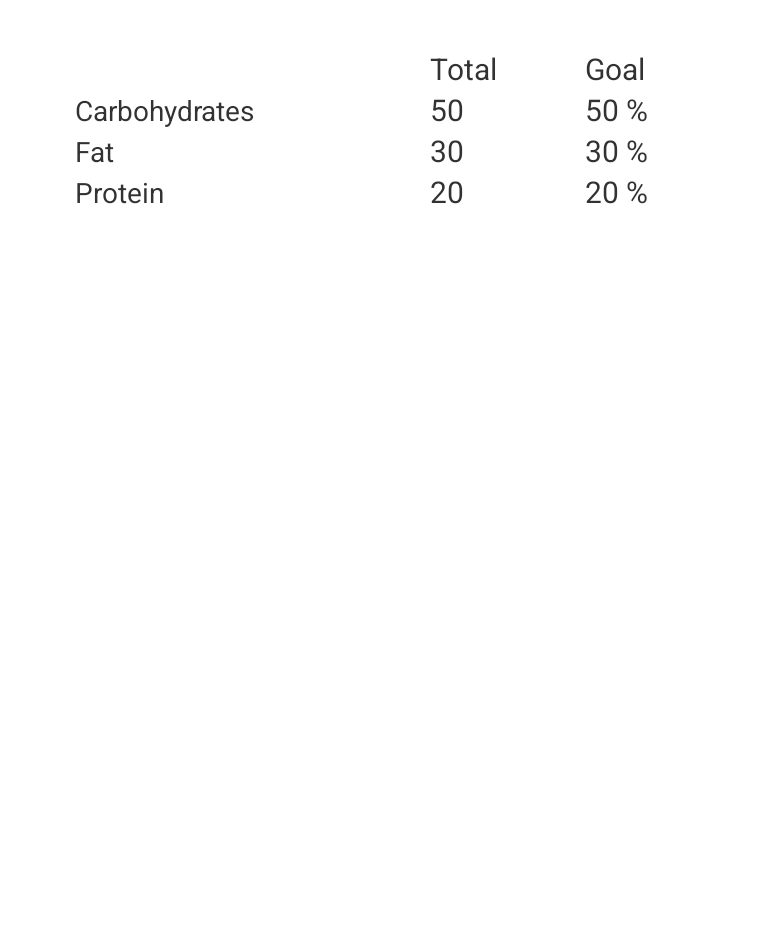
Repository: JieD/nutriy
Layout: NutriY/res/layout/fragment_nutrition_chart.xml
These files come from the project's save history. The layout is drawn as it stood at one moment and after the next save; the edit follows.
The pictures show rows 336 to 1280 of an output 1280 px tall.
It is drawn on a 768 x 1280 px phone screen (xhdpi) without system bars, with theme AppTheme; the app's code is not run.

Above is the layout before, as saved 2014-05-11 04:52:27.

### NutriY/res/layout/fragment_nutrition_chart.xml
<?xml version="1.0" encoding="utf-8"?>
<RelativeLayout xmlns:android="http://schemas.android.com/apk/res/android"
    xmlns:piechart="http://schemas.android.com/apk/res/sfsu.csc780.jied.nutriy"
    android:layout_width="match_parent"
    android:layout_height="match_parent" >

	 <sfsu.csc780.jied.nutriy.PieChart
	     android:id="@+id/piechart"
	     android:layout_width="match_parent"
	     android:layout_height="160dp"
	     android:layout_centerHorizontal="true"
	     android:layout_marginLeft="@dimen/small_horizontal_margin"
         android:layout_marginRight="@dimen/small_horizontal_margin"
         android:layout_marginTop="@dimen/small_vertical_margin"
         android:layout_marginBottom="@dimen/small_vertical_margin"
         android:paddingTop="@dimen/medium_padding"
         android:paddingBottom="@dimen/medium_padding"

	     piechart:showChart="true"
	     piechart:textColor="@color/white"
	     piechart:emptyPieColor="@color/empty_pie_blue"
	     piechart:carbSliceColor="@color/pie_blue"
	     piechart:fatSliceColor="@color/pie_red"
	     piechart:proteinSliceColor="@color/pie_green"
	     piechart:carbPercentage="50"
	     piechart:fatPercentage="30"
	     piechart:proteinPercentage="20"
	     />

	 <TableLayout
	     android:id="@+id/piechart_table"
	     android:layout_below="@id/piechart"
	     android:layout_width="match_parent" android:layout_height="wrap_content"
	     android:layout_marginLeft="@dimen/activity_horizontal_margin"
         android:layout_marginRight="@dimen/activity_horizontal_margin"
         android:layout_marginTop="@dimen/activity_vertical_margin"
         android:layout_marginBottom="@dimen/activity_vertical_margin">

	     <TableRow>
	         <TextView
                 android:layout_weight="1" />
             <TextView
                 android:layout_weight="4" />
             <TextView
                 android:layout_weight="2"
                 android:text="@string/total"
                 android:textSize="@dimen/medium_text_size" />
             <TextView
                 android:layout_weight="2"
                 android:text="@string/goal"
                 android:textSize="@dimen/medium_text_size" />
	     </TableRow>

	     <TableRow>
	         <TextView
                 android:layout_weight="1" />
             <TextView
                 android:layout_weight="4"
                 android:text="@string/Carbohydrates" />
             <TextView
                 android:layout_weight="2"
                 android:text="50"
                 android:textSize="@dimen/medium_text_size" />
             <TextView
                 android:layout_weight="2"
                 android:text="@string/carbs_goal"
                 android:textSize="@dimen/medium_text_size" />
	     </TableRow>

	     <TableRow>
	         <TextView
                 android:layout_weight="1" />
             <TextView
                 android:layout_weight="4"
                 android:text="@string/Fat" />
             <TextView
                 android:layout_weight="2"
                 android:text="30"
                 android:textSize="@dimen/medium_text_size" />
             <TextView
                 android:layout_weight="2"
                 android:text="@string/fat_goal"
                 android:textSize="@dimen/medium_text_size" />
	     </TableRow>

	     <TableRow>
	         <TextView
                 android:layout_weight="1" />
             <TextView
                 android:layout_weight="4"
                 android:text="@string/Protein" />
             <TextView
                 android:layout_weight="2"
                 android:text="20"
                 android:textSize="@dimen/medium_text_size" />
             <TextView
                 android:layout_weight="2"
                 android:text="@string/protein_goal"
                 android:textSize="@dimen/medium_text_size" />
	     </TableRow>

	 </TableLayout>

</RelativeLayout>

### NutriY/res/values/colors.xml
<?xml version="1.0" encoding="utf-8"?>
<resources>
    <color name="white">#FFFFFFFF</color>
    <color name="my_green">#FF00BE00</color>
    <color name="my_red">#FFFF0000</color>
    <color name="my_blue">#FF0078BE</color>
    <color name="light_blue">#FFE1EEFF</color>
    <color name="low_light_gray">#FFFAFAFA</color>
    <color name="mid_light_gray">#FFEEEEEE</color>
    <color name="text_gray">#FFAAAAAA</color>
    <color name="empty_pie_blue">#FF8FCEFF</color>
    <color name="pie_blue">#FF0078BE</color>
    <color name="pie_red">#FFFF4444</color>
    <color name="pie_green">#FF99CC00</color>
</resources>

### NutriY/res/values/dimens.xml
<resources>

    <!-- Default screen margins, per the Android Design guidelines. -->
    <dimen name="activity_horizontal_margin">16dp</dimen>
    <dimen name="activity_vertical_margin">16dp</dimen>
    <dimen name="small_horizontal_margin">8dp</dimen>
    <dimen name="small_vertical_margin">8dp</dimen>

    <dimen name="small_padding">5dp</dimen>
    <dimen name="medium_padding">8dp</dimen>
    <dimen name="large_padding">10dp</dimen>
    <dimen name="extra_large_padding">12dp</dimen>
    <dimen name="navigation_item_padding">20dp</dimen>

    <dimen name="extra_small_text_size">10sp</dimen>
    <dimen name="small_text_size">12sp</dimen>
    <dimen name="medium_text_size">15sp</dimen>
    <dimen name="medium_large_text_size">18sp</dimen>
    <dimen name="large_text_size">20sp</dimen>
    <dimen name="extra_large_text_size">40sp</dimen>

    <dimen name="large_entry_height">50dp</dimen>
    <dimen name="medium_large_entry_height">35dp</dimen>
    <dimen name="medium_entry_height">30dp</dimen>
    <dimen name="small_entry_height">25dp</dimen>
    <dimen name="table_entry_height">20dp</dimen>

    <dimen name="drawer_width">240dp</dimen>
</resources>

### NutriY/res/values/strings.xml
<?xml version="1.0" encoding="utf-8"?>
<resources>

    <string name="app_name">NutriY</string>
    <string name="action_settings">Settings</string>

    <string name="date">Today</string>
    <string name="calories_remaining_number">1200</string>
    <string name="calories_remaining">CALORIES REMAINING</string>
    <string name="add_to_diary">Add to Diary</string>
    <string name="goal_calorie_number">1200</string>
    <string name="food_calorie_number">+ 0</string>
    <string name="exercise_calorie_number">- 0</string>
    <string name="net_calorie_number">0</string>
    <string name="uc_goal">GOAL</string>
    <string name="uc_food">FOOD</string>
    <string name="uc_exercise">EXERCISE</string>
    <string name="uc_net">NET</string>
    <string name="goal">Goal</string>
    <string name="total">Total</string>
    <string name="left">Left</string>
    <string name="daily_summary">DAILY SUMMARY</string>
    <string name="total_fat">Total Fat (g)</string>
    <string name="saturated_fat">Saturated (g)</string>
    <string name="trans_fat">Trans (g)</string>
    <string name="cholesterol">Cholesterol (mg)</string>
    <string name="sodium">Sodium (mg)</string>
    <string name="potassium">Potassium (mg)</string>
    <string name="total_carbs">Total Carbs (g)</string>
    <string name="fiber">Dietary Fiber (g)</string>
    <string name="sugar">Sugars (g)</string>
    <string name="protein">Protein (g)</string>
    <string name="vit_A">Vitamin A</string>
    <string name="vit_C">Vitamin C</string>
    <string name="calcium">Calcium</string>
    <string name="iron">Iron</string>
    <string name="default_number">0</string>
    <string name="meals">MEALS</string>
    <string name="water_upcase">WATER</string>
    <string name="notes">NOTES</string>
    <string name="breakfast">Breakfast</string>
    <string name="lunch">Lunch</string>
    <string name="dinner">Dinner</string>
    <string name="snacks">Snacks</string>
    <string name="cardiovascular">Cardiovascular</string>
    <string name="strength">Strength</string>
    <string name="water">Water</string>
    <string name="food_notes">Food Notes</string>
    <string name="exercise_notes">Exercise Notes</string>

    <string-array name="navigations_array">
        <item>Home</item>
        <item>Diary</item>
        <item>Nutrition</item>
        <item>Progress</item>
        <item>Goals</item>
        <item>Settings</item>
    </string-array>

    <string name="drawer_open">Open Drawer</string>
    <string name="drawer_close">Close Drawer</string>
    <string name="title_activity_nutrition_page">NutritionPageActivity</string>

    <string name="calorie_breakdown">CALORIE BREAKDOWN</string>
    <string name="Carbohydrates">Carbohydrates</string>
    <string name="Fat">Fat</string>
    <string name="Protein">Protein</string>
    <string name="carbs_goal">50 %</string>
    <string name="fat_goal">30 %</string>
    <string name="protein_goal">20 %</string>


</resources>

Loaded but not shown: NutriY/res/values/styles.xml (common file); NutriY/res/values-v11/styles.xml (common file); NutriY/res/values-v14/styles.xml (common file); NutriY/res/values-w820dp/dimens.xml (common file)

After the next save:
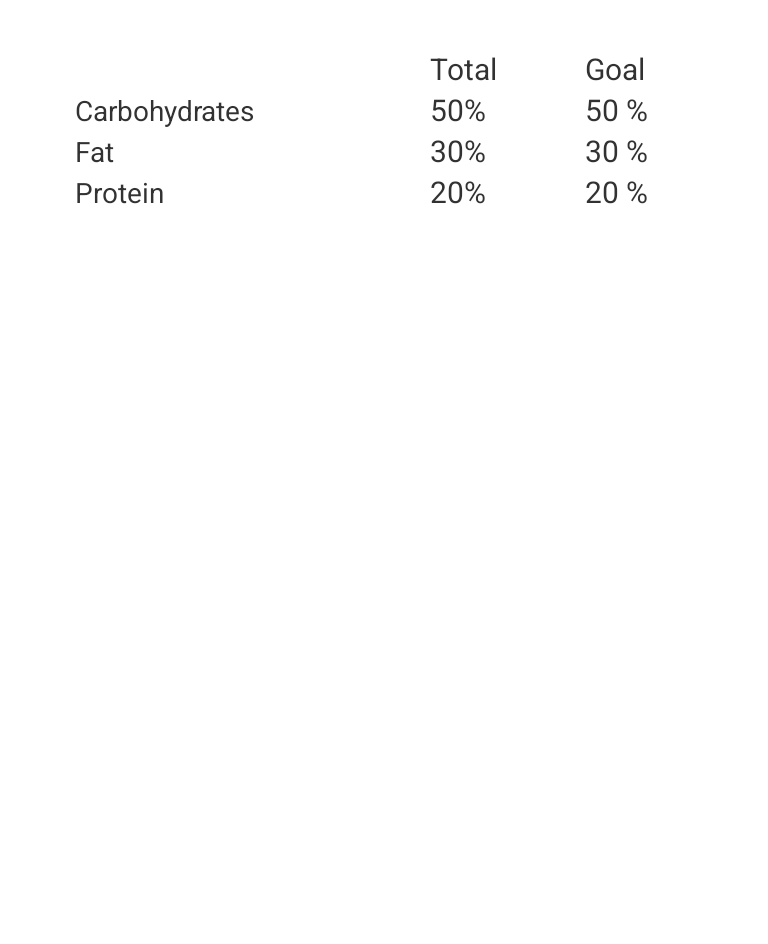
Saved 17 s later.
--- a/NutriY/res/layout/fragment_nutrition_chart.xml
+++ b/NutriY/res/layout/fragment_nutrition_chart.xml
@@ -59,7 +59,7 @@
                  android:text="@string/Carbohydrates" />
              <TextView
                  android:layout_weight="2"
-                 android:text="50"
+                 android:text="50%"
                  android:textSize="@dimen/medium_text_size" />
              <TextView
                  android:layout_weight="2"
@@ -75,7 +75,7 @@
                  android:text="@string/Fat" />
              <TextView
                  android:layout_weight="2"
-                 android:text="30"
+                 android:text="30%"
                  android:textSize="@dimen/medium_text_size" />
              <TextView
                  android:layout_weight="2"
@@ -91,7 +91,7 @@
                  android:text="@string/Protein" />
              <TextView
                  android:layout_weight="2"
-                 android:text="20"
+                 android:text="20%"
                  android:textSize="@dimen/medium_text_size" />
              <TextView
                  android:layout_weight="2"
